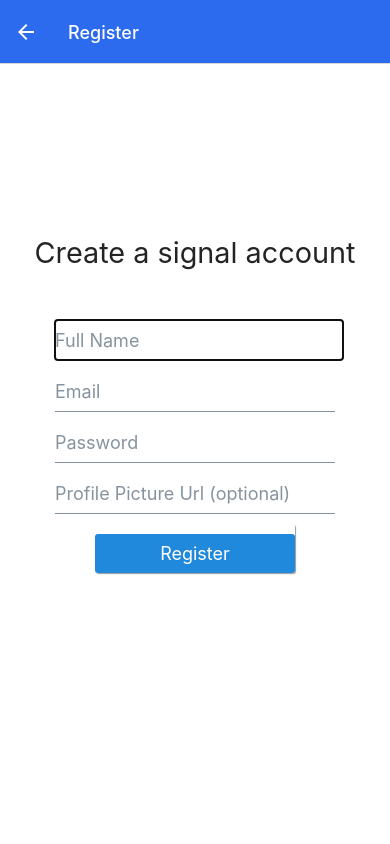
Repository: TheBoringBOT/signal-clone-reactnative-learn
Screen: /Register
The author's editor kept a copy of each file at every save. The screen is drawn from the files as they stood at one save, then again after the next save.
The app was drawn by React Native's web renderer in a window 390 px wide. The project was rebuilt for these pictures with package versions that can differ from the ones it lists, and the page was loaded fresh each time. Also part of the build but not shown: screens/LoginScreen.js.

Above is the screen before, as saved 2022-01-23 22:00:39.

### App.js
import { StatusBar } from "expo-status-bar";
import { StyleSheet, Text, View } from "react-native";
import { NavigationContainer } from "@react-navigation/native";
import { createNativeStackNavigator } from "@react-navigation/native-stack";

//Screen Imports
import LoginScreen from "./screens/LoginScreen";
import RegisterScreen from "./screens/RegisterScreen";
import HomeScreen from "./screens/HomeScreen";

const Stack = createNativeStackNavigator();

const globalScreenOptions = {
  headerStyle: { backgroundColor: "#2c6bed" },
  headTitleStyle: { color: "white" },
  headerTintColor: "white",
};

export default function App() {
  return (
    <NavigationContainer>
      <Stack.Navigator
        headerTitleAlign="center"
        initialRouteName="Home"
        screenOptions={globalScreenOptions}
      >
        <Stack.Screen name="Login" component={LoginScreen} />
        <Stack.Screen name="Register" component={RegisterScreen} />
        <Stack.Screen name="Home" component={HomeScreen} />
      </Stack.Navigator>
    </NavigationContainer>
  );
}

const styles = StyleSheet.create({
  container: {
    flex: 1,
    backgroundColor: "#fff",
    alignItems: "center",
    justifyContent: "center",
  },
});

### screens/RegisterScreen.js
import { StyleSheet, View, KeyboardAvoidingView } from "react-native";
import React, { useState, useLayoutEffect } from "react";
import { Button, Input, Text } from "react-native-elements";
import { StatusBar } from "expo-status-bar";
import { auth } from "../firebase";
import { createUserWithEmailAndPassword, updateProfile } from "firebase/auth";

const RegisterScreen = ({ navigation }) => {
  const [name, setName] = useState("");
  const [email, setEmail] = useState("");
  const [password, setPassword] = useState("");
  const [imageUrl, setImageUrl] = useState("");

  useLayoutEffect(() => {
    navigation.setOptions({
      headerBackTitle: "Back to Login",
    });
  }, [navigation]);

  //register function
  const register = () => {
    createUserWithEmailAndPassword(auth, email, password)
      .then(() => {
        updateProfile(auth.currentUser, {
          displayName: name,
          photoURL:
            imageUrl ||
            "https://cencup.com/wp-content/uploads/2019/07/avatar-placeholder.png",
        });
      })
      .catch((error) => alert(error.message));
  };
  return (
    <KeyboardAvoidingView behavior="padding" style={styles.container}>
      <StatusBar style="light" />
      <Text h3 style={{ marginBottom: 50 }}>
        Create a signal account
      </Text>

      <View style={styles.inputContainer}>
        <Input
          placeholder="Full Name"
          autoFocus
          value={name}
          type="text"
          onChangeText={(text) => setName(text)}
        />
        <Input
          placeholder="Email"
          value={email}
          type="email"
          onChangeText={(text) => setEmail(text)}
        />
        <Input
          placeholder="Password"
          value={password}
          type="password"
          secureTextEntry
          onChangeText={(text) => setPassword(text)}
        />
        <Input
          placeholder="Profile Picture Url (optional)"
          value={imageUrl}
          type="text"
          onChangeText={(text) => setImageUrl(text)}
          onSubmitEditing={register}
        />
      </View>

      <Button
        style={styles.button}
        raised
        title="Register"
        onPress={register}
      />
      <View style={{ height: 100 }}></View>
    </KeyboardAvoidingView>
  );
};

export default RegisterScreen;

const styles = StyleSheet.create({
  container: {
    flex: 1,
    alignItems: "center",
    justifyContent: "center",
    padding: 10,
    backgroundColor: "white",
  },
  button: {
    width: 200,
    marginTop: 10,
  },
  inputContainer: { width: 300 },
});

### screens/HomeScreen.js
import { StyleSheet, Text, View, SafeAreaView, ScrollView } from "react-native";
import React, { useEffect } from "react";
import { auth } from "../firebase";
import CustomListItem from "../components/CustomListItem";

const HomeScreen = () => {
  const user = auth.currentUser;

  //   useEffect(() => {
  //     if (user) {
  //       console.table(user);
  //       //navigation.replace("Home");
  //     }
  //   });
  return (
    <SafeAreaView>
      <ScrollView>
        <CustomListItem />
      </ScrollView>
    </SafeAreaView>
  );
};

export default HomeScreen;

const styles = StyleSheet.create({});

### firebase.js
import { firebase, initializeApp, getApps, getApp } from "firebase/app";
import { getDatabase, ref, onValue } from "firebase/database";
import { getAuth } from "firebase/auth";

import { getFirestore } from "firebase/firestore";

const firebaseConfig = {
  apiKey: "AIzaSyCtao7GPEtYlsNabwjYskk8n6DEIbNo6VQ",
  authDomain: "signal-clone-4f5d4.firebaseapp.com",
  projectId: "signal-clone-4f5d4",
  storageBucket: "signal-clone-4f5d4.appspot.com",
  messagingSenderId: "958936105112",
  appId: "1:958936105112:web:aa41ae6e9c1b34ae23d0ed",
  measurementId: "G-1WPXHBPTRQ",
};

let app;
if (getApps.length === 0) {
  app = initializeApp(firebaseConfig);
} else {
  app = getApp();
}

const db = getFirestore();
const auth = getAuth(app);

export { db, auth };

### components/CustomListItem.js
import { StyleSheet, Text, View } from "react-native";
import { ListItem, Avatar } from "react-native-elements";
import React from "react";

const CustomListItem = ({ id, chatName, enterChat }) => {
  return (
    <ListItem>
      <Avatar
        rounded
        source={{
          uri: "https://i.pravatar.cc/50",
        }}
      />
      <ListItem.Content>
        <ListItem.Title style={{ fontWeight: "800" }}>
          Youtube Chat
        </ListItem.Title>
        <ListItem.Subtitle ellipsizeMode="tail" numberOfLines={1}>
          This is a test subtitle
        </ListItem.Subtitle>
      </ListItem.Content>
    </ListItem>
  );
};

export default CustomListItem;

const styles = StyleSheet.create({});

After the next save:
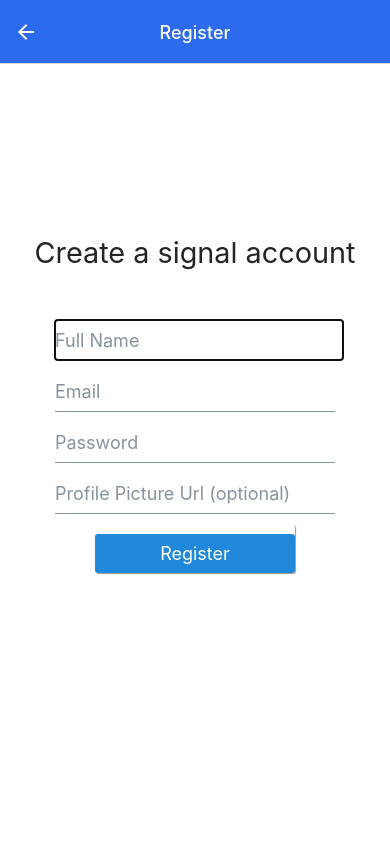
Saved 13 s later.
--- a/App.js
+++ b/App.js
@@ -14,13 +14,13 @@ const globalScreenOptions = {
   headerStyle: { backgroundColor: "#2c6bed" },
   headTitleStyle: { color: "white" },
   headerTintColor: "white",
+  headerTitleAlign: "center",
 };
 
 export default function App() {
   return (
     <NavigationContainer>
       <Stack.Navigator
-        headerTitleAlign="center"
         initialRouteName="Home"
         screenOptions={globalScreenOptions}
       >
